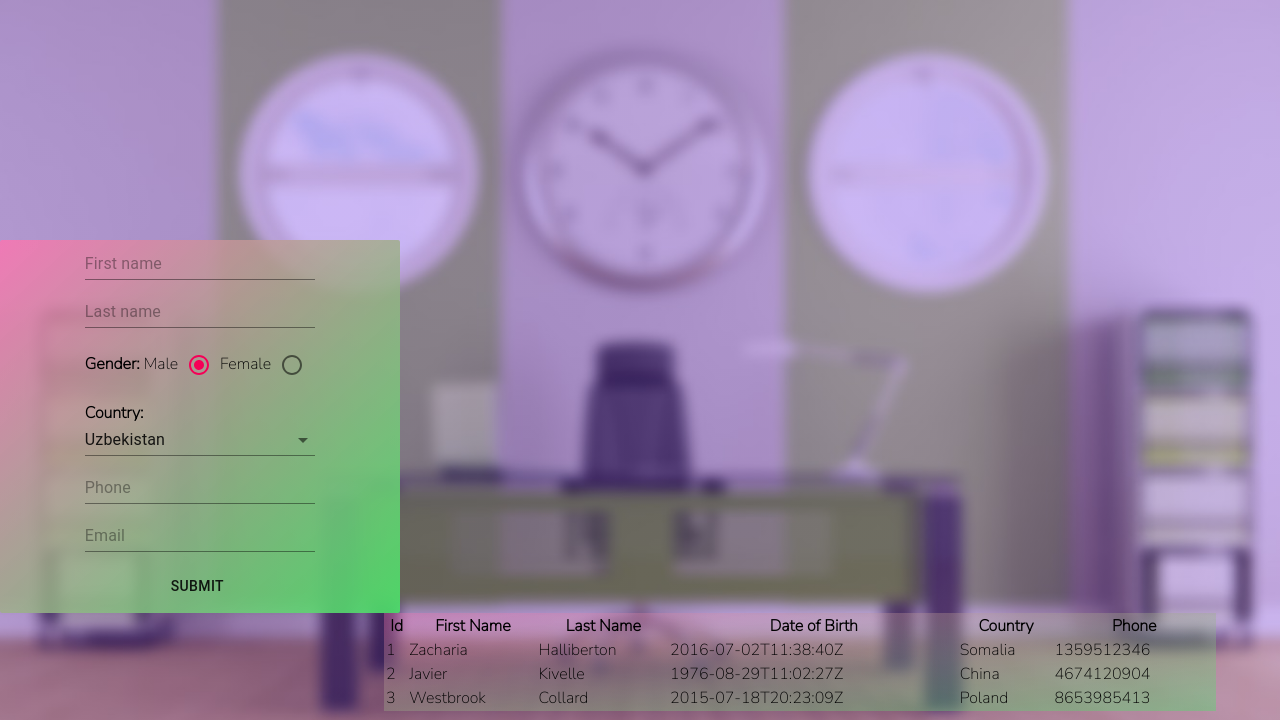
Repository: abrorsaidov/table-table
Page: /
An editor plug-in stored every save of this project. The page is shown before and after the next save, followed by the edit.
The browser window is 1280 px wide. The pictures show the whole page.
The project was rebuilt for these pictures with package versions that can differ from the ones it lists, and the page was loaded fresh each time. Also part of the build but not shown: src/components/ComponentC.js.

Above is the page before, as saved 2020-12-05 00:38:23.

After the next save:
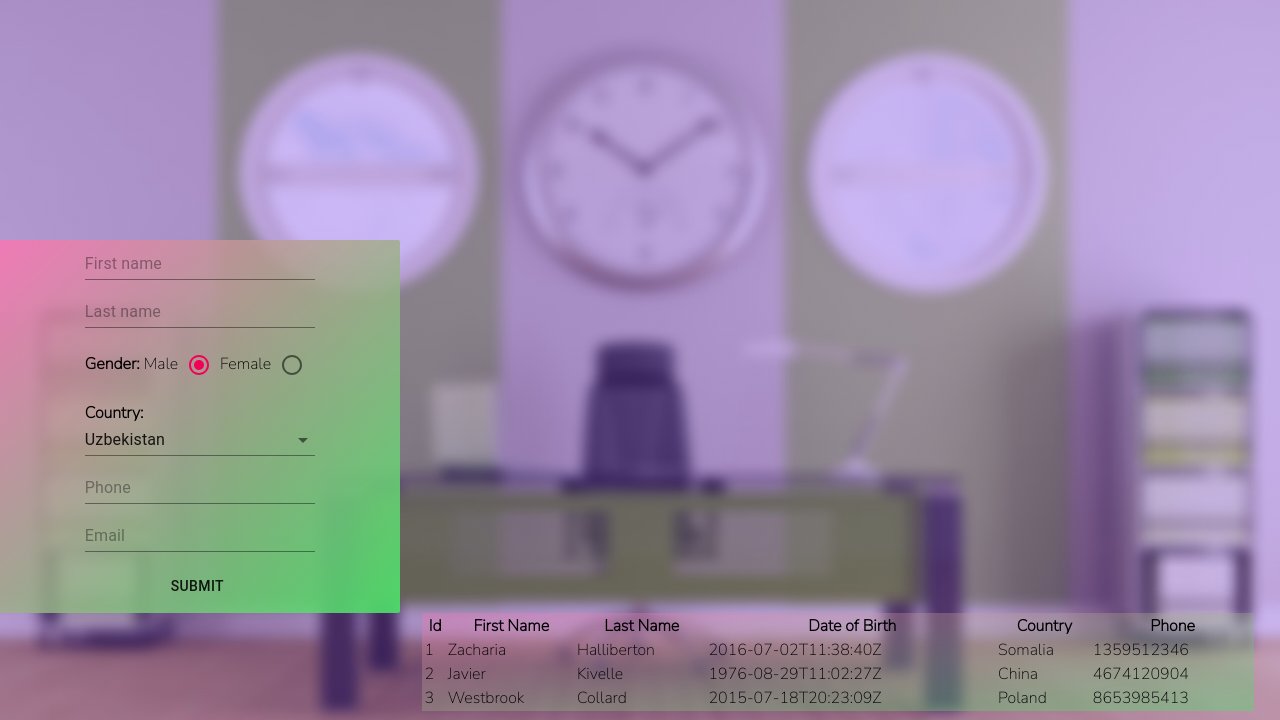
Saved 10 s later.
--- a/src/App.css
+++ b/src/App.css
@@ -81,7 +81,7 @@ option {
   );
   position: absolute;
   width: 65%;
-  right: 5%;
+  right: 2%;
   /* justify-content: center;
   display: flex; */
 }
